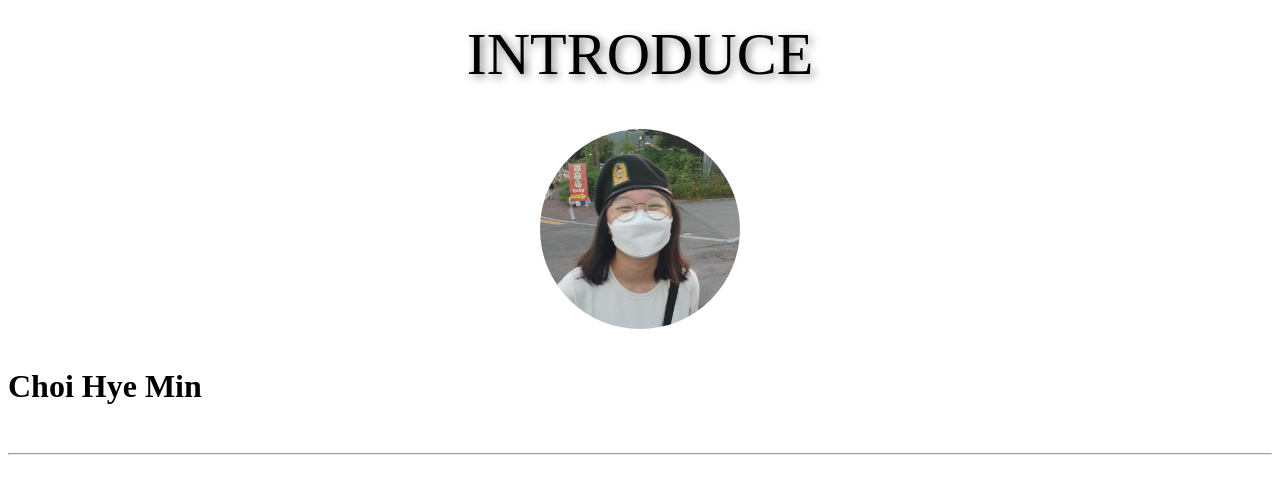
Repository: papav-hub/Web_Study
Page: ChoiHyeMin_reg/src/main/webapp/introduce.html
These files come from the project's save history. The page is drawn as it stood at one moment and after the next save; the edit follows.
The browser window is 1280 px wide. The pictures show the whole page.

Above is the page before, as saved 2021-10-03 19:09:11.

After the next save:
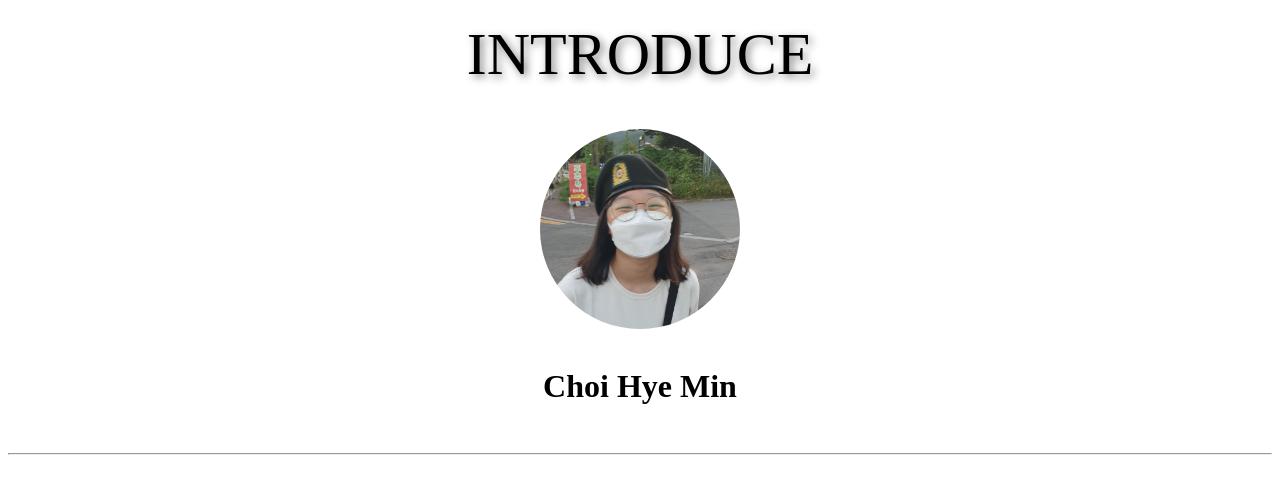
Saved 17 s later.
--- a/ChoiHyeMin_reg/src/main/webapp/introduce.html
+++ b/ChoiHyeMin_reg/src/main/webapp/introduce.html
@@ -32,7 +32,7 @@
     	<img class="profile" src="resources/ChoiHyeMin01.jpg">
 	</div>
 	<br>
-	<h1 tyle="text-align:center;"> Choi Hye Min </h1>
+	<h1 style="text-align:center;"> Choi Hye Min </h1>
 	<br>
 	<hr>
 	<br>
